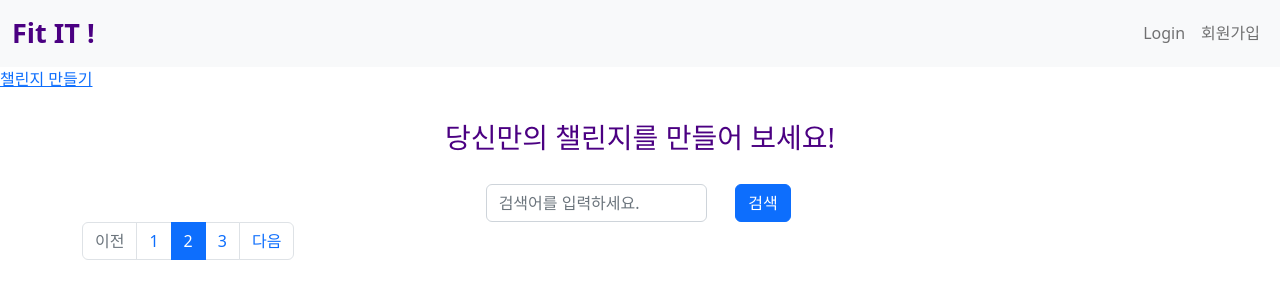
Repository: 4everGirls/Fit-IT-FRONT
Page: /makeChallenge (app in FrontEnd/fit-it/)
An editor plug-in stored every save of this project. The page is shown before and after the next save, followed by the edit.
The browser window is 1280 px wide. The pictures show the whole page.
The project was rebuilt for these pictures with package versions that can differ from the ones it lists, and the page was loaded fresh each time. Also part of the build but not shown: FrontEnd/fit-it/vue.config.js, FrontEnd/fit-it/src/views/HomeView.vue, FrontEnd/fit-it/src/components/user/RegistUser.vue, FrontEnd/fit-it/src/components/user/LoginUser.vue.

Above is the page before, as saved 2022-11-20 12:34:52.

After the next save:
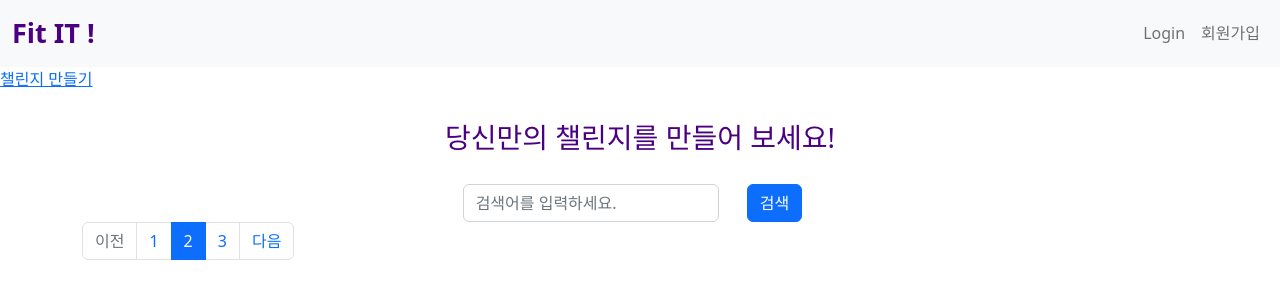
Saved 4 s later.
--- a/FrontEnd/fit-it/src/components/challenge/MakeChallenge/SearchVideo.vue
+++ b/FrontEnd/fit-it/src/components/challenge/MakeChallenge/SearchVideo.vue
@@ -14,7 +14,7 @@
                 type="search"
                 placeholder="검색어를 입력하세요."
                 aria-label="Search"
-                size="50"
+                size="60"
                 v-on:keydown.enter.prevent="search"
                 v-model="keyword"
               />
